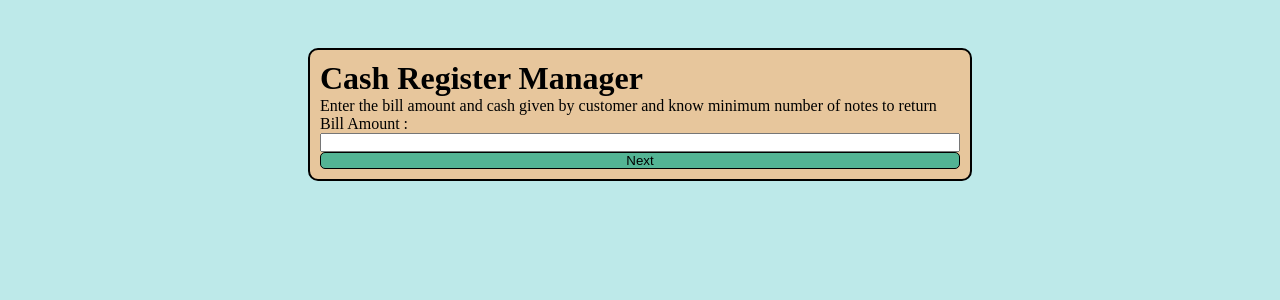
Repository: patelamancode/Cash-register-manager-app
Page: index.html
An editor plug-in stored every save of this project. The page is shown before and after the next save, followed by the edit.
The browser window is 1280 px wide. The pictures show the whole page.

Above is the page before, as saved 2022-11-18 15:34:44.

After the next save:
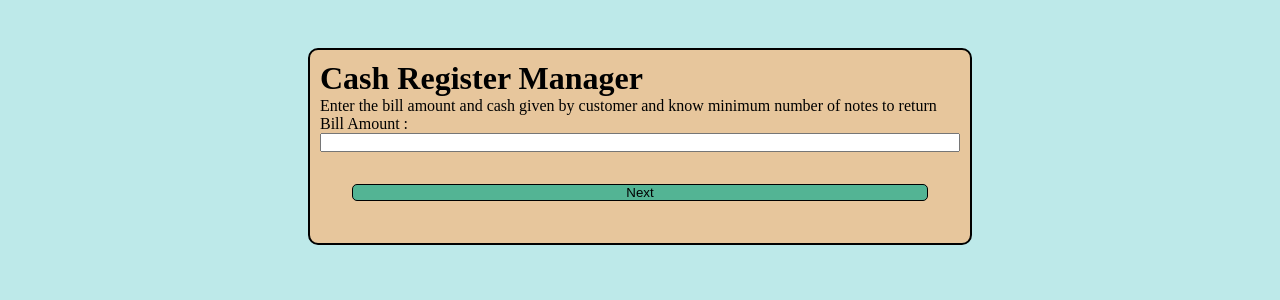
Saved 20 s later.
--- a/index.css
+++ b/index.css
@@ -21,6 +21,7 @@ body{
 }
 
 button{
+    margin: 2rem;
     border: 1px solid;
     background-color: rgb(83, 180, 148);
     border-radius: 5px;
